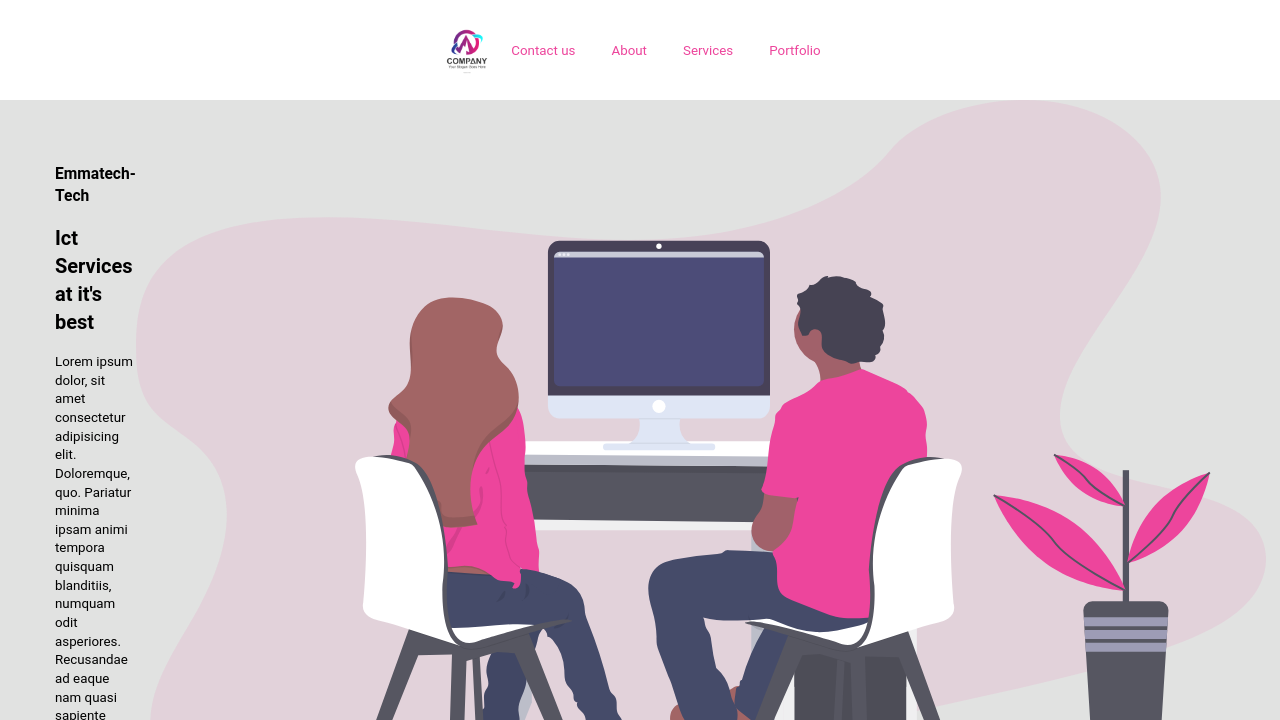
Repository: wisdomspine/emmatech-website
Page: index.html
An editor plug-in stored every save of this project. The page is shown before and after the next save, followed by the edit.
The browser window is 1280 px wide. The pictures show the whole page.

Above is the page before, as saved 2020-10-05 11:32:29.

### index.html
<!DOCTYPE html>
<html lang="en">

<head>
    <meta charset="UTF-8">
    <meta name="viewport" content="width=device-width, initial-scale=1.0 max-scale=1.0">
    <title>Emmatech ICT</title>
    <link rel="stylesheet" href="./assets/styles/styles.css">
    <link rel="stylesheet" href="./assets/styles/home-slide.css">
</head>

<body>
    <header class="header">
        <div class="container">
            <img src="./assets/images/logo.png" alt="">
            <nav>
                <ul>
                    <li>
                        <a href="#">Contact us</a>
                    </li>
                    <li>
                        <a href="#">About</a>
                    </li>
                    <li>
                        <a href="#">Services</a>
                    </li>
                    <li>
                        <a href="#">Portfolio</a>
                    </li>
                </ul>
            </nav>
        </div>
    </header>

    <section class="home-slide">
        <div>
            <div class="container">
                <article>
                    <header>
                        <h1>Emmatech-Tech</h1>
                        <h2>Ict Services at it's best</h2>
                    </header>
                    <p>
                        Lorem ipsum dolor, sit amet consectetur adipisicing elit. Doloremque, quo. Pariatur minima ipsam
                        animi tempora quisquam blanditiis, numquam odit asperiores. Recusandae ad eaque nam quasi
                        sapiente voluptates iure tenetur sit.

                    </p>
                </article>
                <div>
                    <img src="./assets/images/slide/slide1.svg" alt="">
                </div>
            </div>
        </div>
        <div>
            <div class="container">
                <article>
                    <header>
                        <h1>Emmatech-Tech</h1>
                        <h2>Ict Services at it's peak</h2>
                    </header>
                    <p>
                        Lorem ipsum dolor, sit amet consectetur adipisicing elit. Doloremque, quo. Pariatur minima ipsam
                        animi tempora quisquam blanditiis, numquam odit asperiores. Recusandae ad eaque nam quasi
                        sapiente voluptates iure tenetur sit.

                    </p>
                </article>
                <div>
                    <img src="./assets/images/slide/slide2.svg" alt="">
                </div>
            </div>
        </div>
        <div>
            <div class="container">
                <article>
                    <header>
                        <h1>Emmatech-Tech</h1>
                        <h2>Ict Services at it's great</h2>
                    </header>
                    <p>
                        Lorem ipsum dolor, sit amet consectetur adipisicing elit. Doloremque, quo. Pariatur minima ipsam
                        animi tempora quisquam blanditiis, numquam odit asperiores. Recusandae ad eaque nam quasi
                        sapiente voluptates iure tenetur sit.

                    </p>
                </article>
                <div>
                    <img src="./assets/images/slide/slide3.svg" alt="">
                </div>
            </div>
        </div>
    </section>
</body>

</html>

### assets/styles/styles.css
@import "./preset.css";
@import "./page-header.css";

.container {
  max-width: 1170px;
  margin-left: auto;
  margin-right: auto;
}

### assets/styles/home-slide.css
@import "./variables.css";

.home-slide {
  height: calc(100vh - var(--header-height));
  overflow: hidden;
}

.home-slide .container {
  display: flex;
  flex-flow: row nowrap;
  align-items: center;
}

### assets/styles/preset.css
/* @font-face {
  font-family: "Roboto";
  src: "../fonts/Roboto /Roboto-Regular.ttf";
} */
@import "./variables.css";
* {
  box-sizing: border-box;
  text-rendering: optimizeLegibility;
  -webkit-font-smoothing: antialiased;
  -moz-osx-font-smoothing: grayscale;
  font-kerning: auto;
}
html {
  font-size: 10pt;
  line-height: 1.4;
  font-weight: 400;
  font-family: "Roboto";
  -webkit-text-size-adjust: 100%;
}
body {
  margin: 0;
  background-color: var(--bg-color);
}

a,
a:hover,
a:active,
a:focus {
  text-decoration: none;
}

### assets/styles/page-header.css
@import "./variables.css";
.header {
  display: flex;
  flex-flow: row nowrap;
  justify-content: space-between;
  padding: var(--padding-large);
  height: var(--header-height);
  overflow: hidden;
  background-color: var(--card-color);
}

.header .container {
  display: flex;
  flex-flow: row nowrap;
  justify-content: space-between;
}

.header img {
  display: inline-block;
  height: 100%;
}

.header nav ul {
  list-style: none;
  display: flex;
  flex-flow: row nowrap;
  padding: 0;
  margin: 0;
}

.header nav ul li {
  padding: var(--padding-mid);
}

.header nav ul a {
  color: var(--accent-link-color);
}
.header nav ul a:hover {
  opacity: 0.9;
}

### assets/styles/variables.css
:root {
  --bg-color: #e1e2e1;
  --padding-large: 24px;
  --padding-mid: 18px;
  --header-height: 100px;
  --card-color: #ffffff;
  --accent-link-color: #ed459c;
}

Loaded but not shown: assets/images/slide/slide1.svg (1 lines, source omitted)

After the next save:
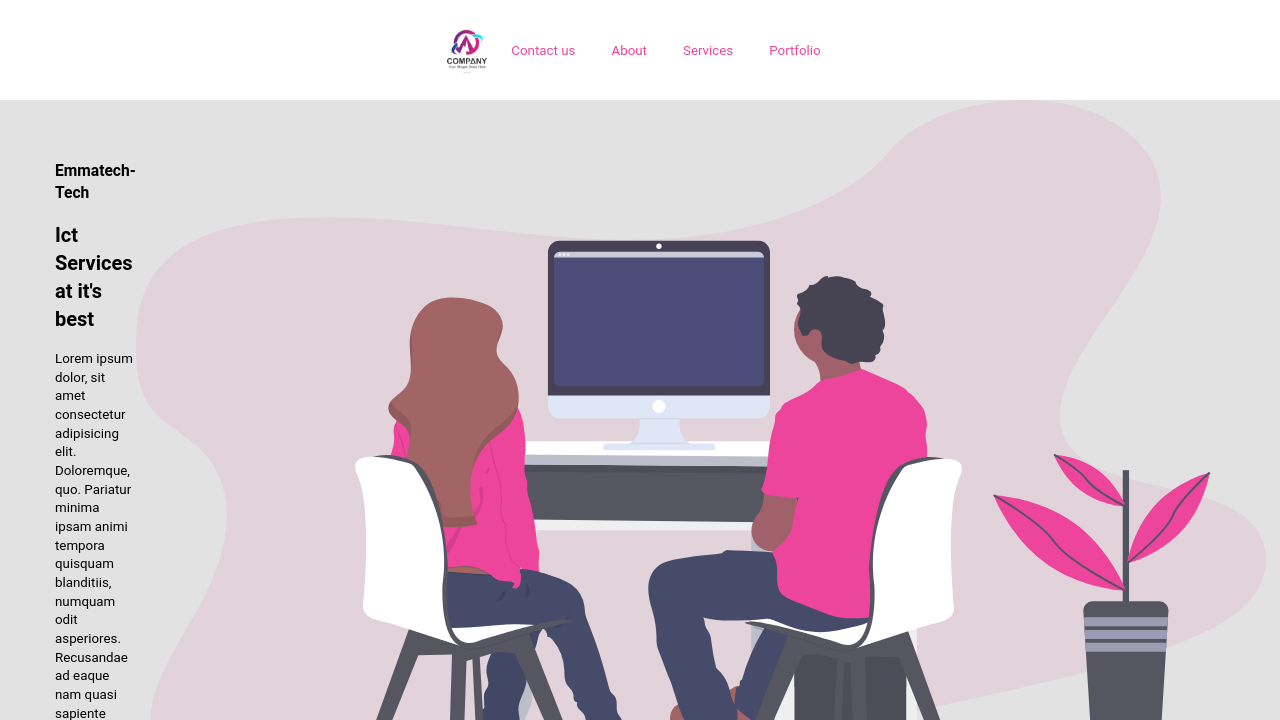
Saved 21 s later.
--- a/index.html
+++ b/index.html
@@ -47,9 +47,7 @@
 
                     </p>
                 </article>
-                <div>
-                    <img src="./assets/images/slide/slide1.svg" alt="">
-                </div>
+                <img src="./assets/images/slide/slide1.svg" alt="">
             </div>
         </div>
         <div>
